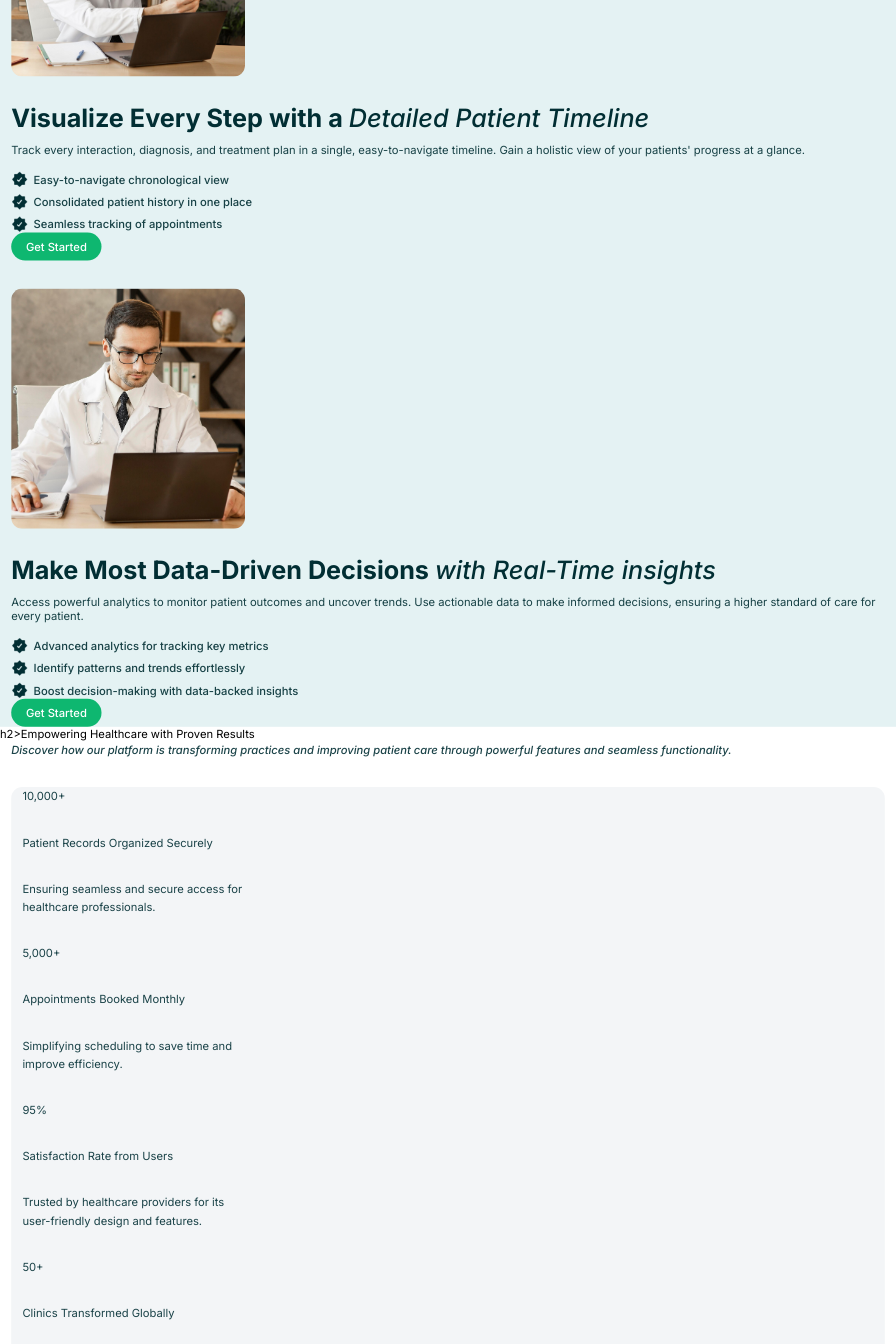
Repository: DiegoWWeege/recuperacao-prova-front-end
Page: index.html
An editor plug-in stored every save of this project. The page is shown before and after the next save, followed by the edit.
The browser window is 1280 px wide. The pictures show the part of the page from y = 1825 to 3745 px (the page is 3846 px tall before and 4206 px after), at 70% of full size.

Above is the page before, as saved 2026-06-22 18:53:15.

### index.html
<!DOCTYPE html>
<html lang="pt-br">
<head>
    <meta charset="UTF-8">
    <meta name="viewport" content="width=device-width, initial-scale=1.0">
    <title>ERTIFY HEALTH</title>
    <link rel="stylesheet" href="style.css">
</head>
<body>

    <!--Cabeçalho da Lading Page-->

    <header>
        <img src="images/logo.png" alt="Ertify Health logo">

        <section>
        <button aria-label = "Get Started" class = "get-started-button">Get Started</button>

            <img src="icons/burguer-menu.png" alt="Burguer menu">
        </section>
    </header>

    <!--Conteúdo principal da Lading Page-->
    <main class = "hero-section">

        <section>
            <h1>Simple & Secure Patient <span>Management</span></h1>
            <!-- Foi dado um espaço na palavra &amp, pois quando junta apresentava erro no html!-->
            <p>CERTIFY’s platform automates intake & amp; check-in processes
            so you can put the focus back on delivering quality care.</p>
        </section>

        <section id = "buttons-section">
            <button  aria-label = "Get Started" class = "get-started-button">Get Started</button>
            <button aria-label = "Play demo" class = "play-demo-button">Play Demo</button>
        </section>

        <img src="images/three-doctors.png" alt="Three doctors">
    </main>



    <section class = "section-patient-journey">
        <h2>Get a Proper Visualisation on <span>Patient Jouney</span></h2>

        <p>Understand and  manage your patients' healthcare journeys with
            clarity and precision. Our platform offers tools that provide
            actionable insights at every stage.</p>


        <section class = "image-text-benefits">

            <img src="images/doctor-xray.png" alt="A doctor sitting in his desk looking at an x-ray">

            <h2>Visualize Every Step with a <span>Detailed Patient Timeline</span></h2>

            <p>Track every interaction, diagnosis, and treatment
                plan in a single, easy-to-navigate
                timeline. Gain a holistic view of your patients'
                progress at a glance.</p>

            <section class = "benefits-grid">

                <img src="icons/checkmark-badge-02.png" alt="">
                <p class = "benefit">Easy-to-navigate chronological view</p>

                <img src="icons/checkmark-badge-02.png" alt="">
                <p class = "benefit">Consolidated patient history in one place</p>

                <img src="icons/checkmark-badge-02.png" alt="">
                <p class = "benefit">Seamless tracking of appointments</p>

            </section>

            <button  aria-label = "Get Started" class = "get-started-button">Get Started</button>

        </section>

        <section class = "image-text-benefits">

            <img src="images/doctor-laptop.png" alt="A doctor sitting in his desk looking at an x-ray">

            <h2>Make Most Data-Driven Decisions <span>with Real-Time insights</span></h2>

            <p>Access powerful analytics to monitor patient outcomes
                and uncover trends. Use actionable data
                 to make informed decisions, ensuring a higher standard
                 of care for every patient.</p>

            <section class = "benefits-grid">

                <img src="icons/checkmark-badge-02.png" alt="">
                <p class = "benefit">Advanced analytics for tracking key metrics</p>

                <img src="icons/checkmark-badge-02.png" alt="">
                <p class = "benefit">Identify patterns and trends effortlessly</p>

                <img src="icons/checkmark-badge-02.png" alt="">
                <p class = "benefit">Boost decision-making with data-backed insights</p>

            </section>

            <button  aria-label = "Get Started" class = "get-started-button">Get Started</button>

        </section>

    </section>

    <section class = "section-empowering-healthcare">
        <section class = "main-text">
            h2>Empowering Healthcare<span> with Proven Results</span></h2>

        <p>Discover how our platform is transforming practices and improving
            patient care through powerful features and seamless functionality.</p>
        </section>

        <section class = "boxes-grid">
            <section class = "first-box">
                <p>10,000+</p>
                <p>Patient Records Organized Securely</p>

                <p>Ensuring seamless and secure access for healthcare professionals.</p>
            </section>

            <section class = "second-box">
                <p>5,000+</p>
                <p>Appointments Booked Monthly</p>

                <p>Simplifying scheduling to save time and improve efficiency.</p>
            </section>

            <section class = "third-box">
                <p>95%</p>
                <p>Satisfaction Rate from Users</p>

                <p>Trusted by healthcare providers for its user-friendly design and features.</p>
            </section>

            <section class = "fourth-box">
                <p>50+</p>
                <p>Clinics Transformed Globally</p>

                <p>Helping healthcare sectors operate at their best.</p>
            </section>
        </section>

    </section>
</body>
</html>

### style.css
@import url('https://fonts.googleapis.com/css2?family=Inter:ital,opsz,wght@0,14..32,100..900;1,14..32,100..900&family=Roboto:ital,wght@0,100..900;1,100..900&display=swap');

*{
    margin: 0px;
    padding: 0px;
    font-family: 'Inter', sans-serif;
}

img{
    object-fit: cover;
}

header{
    background-color: #012E33;
    width: 100vw;
    border-bottom: 1px solid #1A4347;
    display: grid;
    grid-template-columns: 1fr auto;
    align-items: center;
    padding: 1rem;
    box-sizing: border-box;
}

.get-started-button{
    background-color: #0EB770;
    color: white;
    font-size: 1rem;
    font-weight: 500;
    border-radius: 100px;
    height: 2.5rem;
    width: 8.063rem;
    border-style: none;
    justify-self: end;

}

header section{
    display: grid;
    grid-template-columns:auto auto;
    align-items: center;
    gap: 1rem;
}

.hero-section{
    background-color: #012E33;
    padding-top: 4.313rem;
    box-sizing: border-box;
}

.hero-section h1{
    font-family: "Inter" , sans-serif;
    font-size: 2.75rem;
    font-weight: 700;
    color: white;
    margin-bottom: 0.75rem;
    margin-left: 1.375rem;
    margin-right: 0.625rem;

}

.hero-section span{
    font-weight: 400;
    font-family: "Inter" , sans-serif;
    font-style: italic;
}

.hero-section p{
    color: rgba(255, 255, 255, 0.904);
    line-height: 1.625rem;
    margin-bottom: 4.313rem;
    margin-left: 1.375rem;
    margin-right: 0.625rem;
}

.hero-section #buttons-section button{
    width: 21.438rem;
    height: 3.5rem;
    margin-left: 1.375rem;
    margin-right: 0.625rem;
}

.hero-section #buttons-section .get-started-button{
    margin-bottom: 1rem;
}

.hero-section #buttons-section .play-demo-button{
    border: 1px solid #044046;
    border-radius: 100px;
    background: none;
    color: white;
    align-items: center;
    font-weight: 500;
    font-size: 16px;
}

.hero-section img{
    width: 100vw;
    margin-top: 2rem;
}

.section-patient-journey{
    background-color: #E4F2F3;
    padding-left: 1rem;
    padding-right: 1rem;
    padding-top: 3.75rem;
}

.section-patient-journey h2{
    font-family: "Inter" , sans-serif;
    font-weight: 700;
    font-size: 36px;
    line-height: 46px;
    color: #012E33;
    text-align: center;
}

.section-patient-journey span{
    font-weight: 500;
    font-style: italic;
}

.section-patient-journey p{
    color: #012e33e7;
    font-weight: 400;
    text-align: center;
    margin-top: 0.75rem;
}

.section-patient-journey img{
    height: 21.438rem;
    width: 20.875rem;
    border-radius: 1rem;
    margin-top: 2.5rem;
    margin-bottom: 2rem;
}

.section-patient-journey .image-text-benefits h2{
    text-align: start;
}

.section-patient-journey .image-text-benefits p{
    text-align:  start;
}

.image-text-benefits .benefits-grid{
    display: grid;
    grid-template-columns: auto 1fr;
    gap: 0.5rem;
    margin-top: 1.313rem;

}

.image-text-benefits .benefits-grid img{
    width: 1.5rem;
    height: 1.5rem;
    margin: 0px;

}

.image-text-benefits .benefits-grid p{
    margin: 0px;
    align-self: center;
    font-weight: 500;
    margin: ;
}

.section-empowering-healthcare .main-text h1{
    margin-top: 3.75rem;
    margin-left: 1rem;
    margin-bottom: 0,75rem;
    font-family: "Inter" , sans-serif;
    font-weight: 700;
    line-height: 46px;
    font-size: 36px;
    color: #012E33;
}

.section-empowering-healthcare .main-text p{
    font-weight: 500;
    font-style: italic;
}

.section-empowering-healthcare p{
    margin-left: 1rem;
    font-family: "Inter" , sans-serif;
    font-weight: 400;
    font-size: 16px;
    line-height: 26px;
    color: #012E33E5;
    margin-bottom: 2.5rem;

}
.section-empowering-healthcare .boxes-grid{
    display: grid;
    grid-template-columns: 21.438rem;
    background-color: #F3F5F7;
    border-radius: 16px;
    margin-left: 1rem;
    margin-right: 1rem;


}

After the next save:
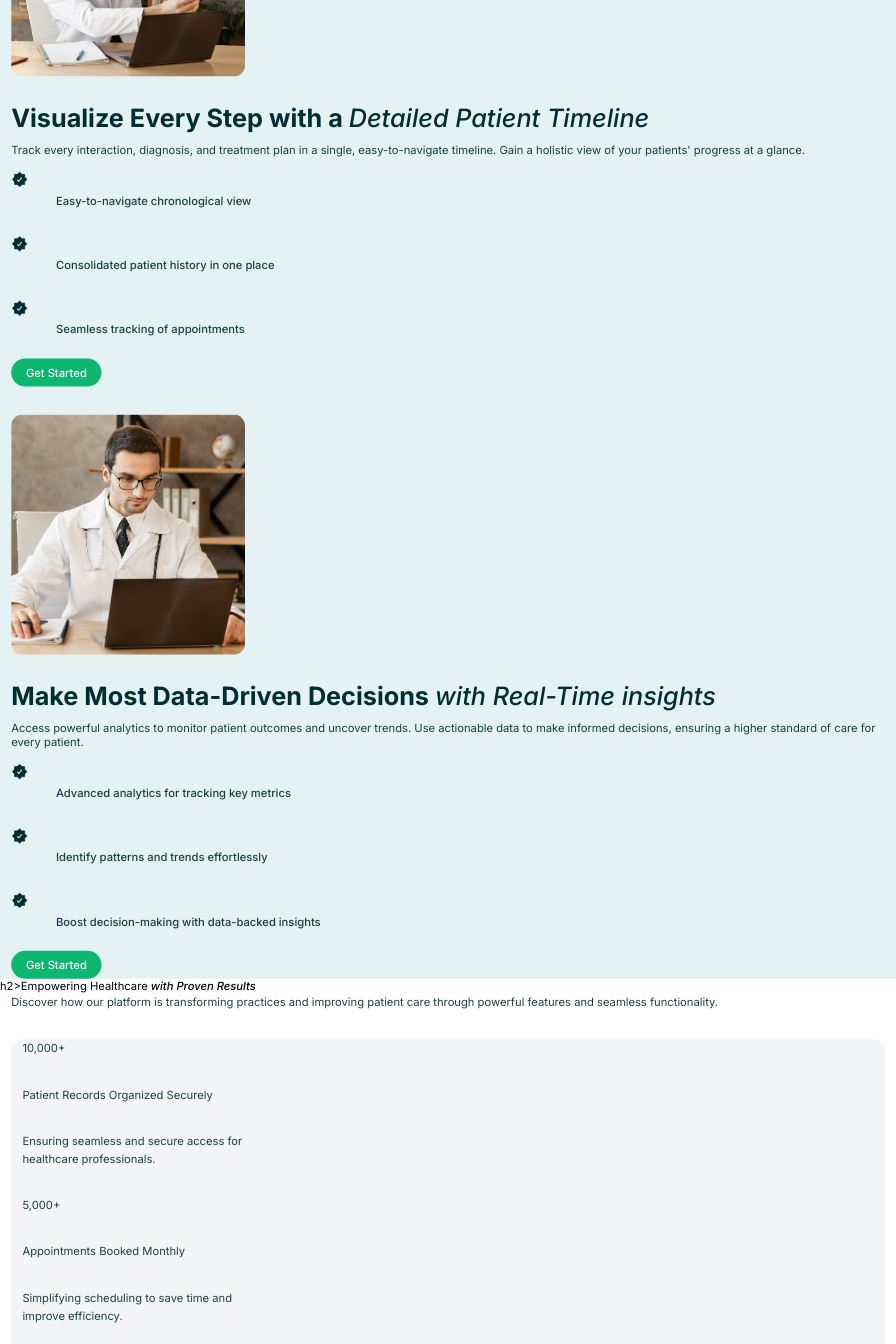
Saved 5 s later.
--- a/style.css
+++ b/style.css
@@ -161,7 +161,7 @@ header section{
     margin: 0px;
     align-self: center;
     font-weight: 500;
-    margin: ;
+    margin: 2rem;
 }
 
 .section-empowering-healthcare .main-text h1{
@@ -175,7 +175,7 @@ header section{
     color: #012E33;
 }
 
-.section-empowering-healthcare .main-text p{
+.section-empowering-healthcare .main-text span{
     font-weight: 500;
     font-style: italic;
 }
